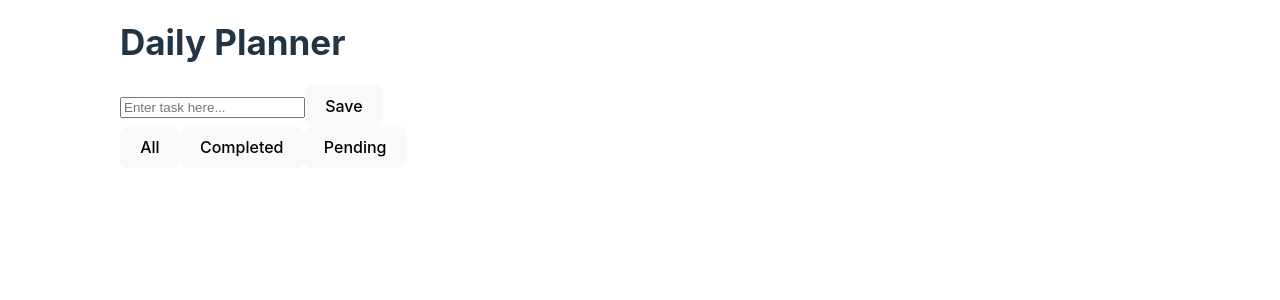
Repository: leslie179/lab4
Page: / (app in lab4/)
These files come from the project's save history. The page is drawn as it stood at one moment and after the next save; the edit follows.
The browser window is 1280 px wide. The pictures show the whole page.
The project was rebuilt for these pictures with package versions that can differ from the ones it lists, and the page was loaded fresh each time. Also part of the build but not shown: lab4/vite.config.js, lab4/src/components/Task.jsx.

Above is the page before, as saved 2024-10-27 18:05:52.

After the next save:
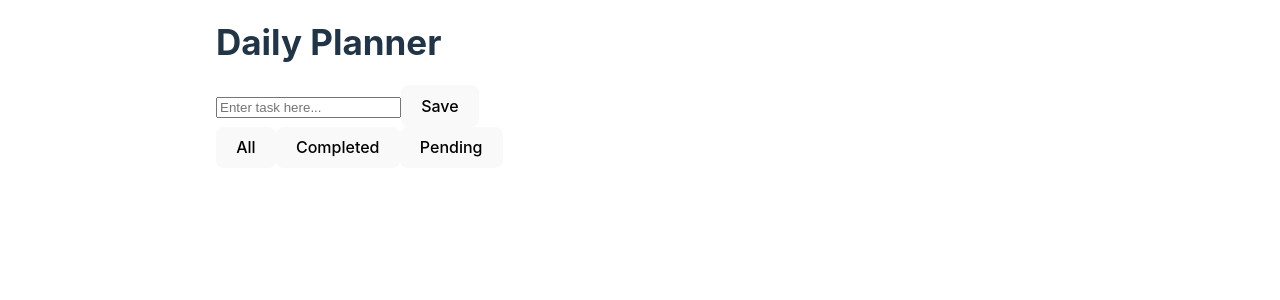
Saved 8 s later.
--- a/lab4/src/App.css
+++ b/lab4/src/App.css
@@ -1,7 +1,7 @@
 #root {
   max-width: 1280px;
   text-align: left;
-  padding-left: 7rem;
+  padding-left: 13rem;
 }
 
 h1{
